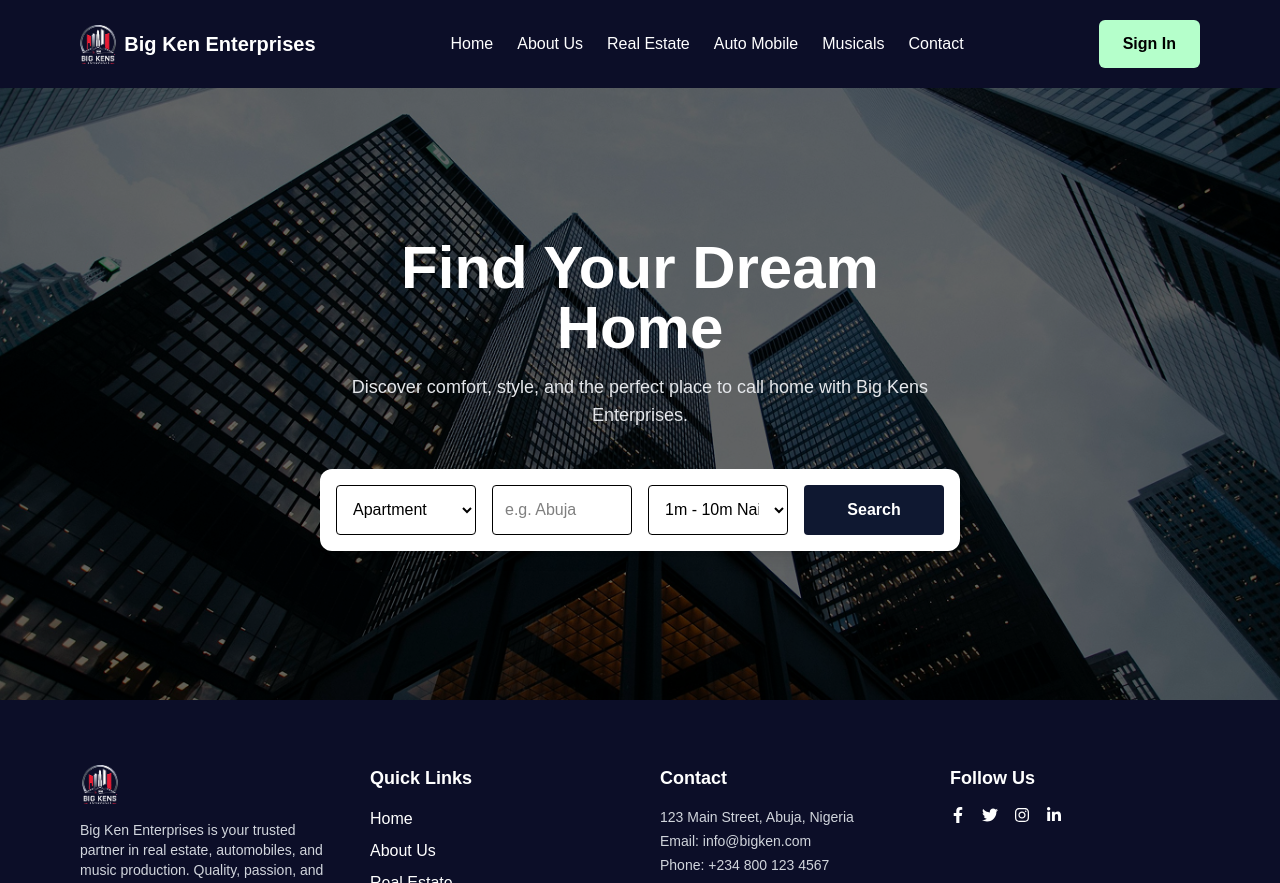
Repository: techvaro/Big-kens-realty-Frontend-react-
Page: /real-estate (app in big-kens-realty/)
An editor plug-in stored every save of this project. The page is shown before and after the next save, followed by the edit.
The browser window is 1280 px wide. The pictures show the part of the page from y = 0 to 883 px (the page is 1140 px tall before and 2309 px after).
Pictures or frames that could not be fetched are drawn as grey boxes. The project was rebuilt for these pictures with package versions that can differ from the ones it lists, and the page was loaded fresh each time. Also part of the build but not shown: big-kens-realty/vite.config.js, big-kens-realty/src/components/Home/hero.jsx, big-kens-realty/src/components/Home/Services.jsx, big-kens-realty/src/components/Home/Stats.jsx, big-kens-realty/src/components/Home/About.jsx, big-kens-realty/src/components/Home/FeaturedProperties.jsx, big-kens-realty/src/components/Home/AutoMobileSale.jsx, big-kens-realty/src/components/Home/RecentProductions.jsx and 7 more.

Above is the page before, as saved 2025-12-08 16:52:25.

### big-kens-realty/index.html
<!doctype html>
<html lang="en">
  <head>
    <meta charset="UTF-8" />
    <link rel="icon" type="image/svg+xml" href="/vite.svg" />
    <meta name="viewport" content="width=device-width, initial-scale=1.0" />
    <title>big-kens-realty</title>
  </head>
  <body>
    <div id="root"></div>
    <script type="module" src="/src/main.jsx"></script>
  </body>
</html>

### big-kens-realty/src/index.css
@import "tailwindcss";

body {
  margin: 0;
  font-family: Arial, sans-serif;
  background-color: #0c0e28;
  color: white;
}

section {
  padding: 60px 80px;
}

h1, h2, h3 {
  margin: 0 0 15px 0;
}

.btn {
  background: #b5ffcb;
  color: #000;
  padding: 12px 25px;
  border-radius: 5px;
  border: none;
  font-weight: bold;
  cursor: pointer;
}

.btn1{
  background: #b5ffcb;
  color: #000;
  height: 30px;
  width: 80px;
  border: none;
  font-weight: bold;
  cursor: pointer;
  border-radius: 5px;
}

.card {
  background: #1b1e49;
  padding: 15px;
  border-radius: 8px;
}

nav img {
  width: auto !important;
}

### big-kens-realty/src/router/AppRouter.jsx
import { BrowserRouter, Routes, Route } from "react-router-dom";
import Home from "../Pages/Home";
import About from "../Pages/About";
import RealEstate from "../Pages/realestate";

// Placeholder components for routes that don't exist yet
// const About = () => <div>About Page</div>;
const AutoMobile = () => <div>Auto Mobile Page</div>;
const Music = () => <div>Music Page</div>;
const Contact = () => <div>Contact Page</div>;

export default function AppRouter() {
  return (
    <BrowserRouter>
      <Routes>
        <Route path="/" element={<Home />} />
        <Route path="/about" element={<About />} />
        <Route path="/real-estate" element={<RealEstate />} />
        <Route path="/auto-mobile" element={<AutoMobile />} />
        <Route path="/music" element={<Music />} />
        <Route path="/contact" element={<Contact />} />
      </Routes>
    </BrowserRouter>
  );
}

### big-kens-realty/src/Pages/realestate.jsx
import Navbar from "../components/navbar/navbar";
import Hero from "../components/realestate/Hero";
import Footer from "../components/Footer/Footer";

export default function estate() {
  return (
    <>
      <Navbar />

      <Hero />

      <Footer />
    </>
  );
}

### big-kens-realty/src/components/Footer/Footer.jsx
import { FaFacebookF, FaTwitter, FaInstagram, FaLinkedinIn } from "react-icons/fa";
import logo from "../../assets/image/logo.png";

export default function Footer() {
  return (
    <footer className="bg-[#0c0e28] text-white py-16 px-5 md:px-20">

      {/* Top section */}
      <div className="grid grid-cols-1 sm:grid-cols-2 lg:grid-cols-4 gap-10">

        {/* Logo & description */}
        <div>
          <img src={logo} alt="Big Ken Enterprises Logo" className="h-10 w-10 object-contain" />
          <p className="mt-4 text-gray-300 text-sm">
            Big Ken Enterprises is your trusted partner in real estate, automobiles, and music production. Quality, passion, and innovation are our standard.
          </p>
        </div>

        {/* Quick Links */}
        <div>
          <h3 className="font-bold text-lg mb-3">Quick Links</h3>
          <ul className="space-y-2">
            <li><a href="/" className="hover:text-[#76ffa8] transition">Home</a></li>
            <li><a href="/about" className="hover:text-[#76ffa8] transition">About Us</a></li>
            <li><a href="/real-estate" className="hover:text-[#76ffa8] transition">Real Estate</a></li>
            <li><a href="/auto-mobile" className="hover:text-[#76ffa8] transition">Auto Mobile</a></li>
            <li><a href="/music" className="hover:text-[#76ffa8] transition">Music</a></li>
            <li><a href="/contact" className="hover:text-[#76ffa8] transition">Contact</a></li>
          </ul>
        </div>

        {/* Contact */}
        <div>
          <h3 className="font-bold text-lg mb-3">Contact</h3>
          <p className="text-gray-300 text-sm">123 Main Street, Abuja, Nigeria</p>
          <p className="text-gray-300 text-sm mt-1">Email: info@bigken.com</p>
          <p className="text-gray-300 text-sm mt-1">Phone: +234 800 123 4567</p>
        </div>

        {/* Social Media */}
        <div>
          <h3 className="font-bold text-lg mb-3">Follow Us</h3>
          <div className="flex gap-4">
            <a href="#" className="text-white hover:text-[#76ffa8] transition"><FaFacebookF /></a>
            <a href="#" className="text-white hover:text-[#76ffa8] transition"><FaTwitter /></a>
            <a href="#" className="text-white hover:text-[#76ffa8] transition"><FaInstagram /></a>
            <a href="#" className="text-white hover:text-[#76ffa8] transition"><FaLinkedinIn /></a>
          </div>
        </div>
      </div>

      {/* Divider */}
      <hr className="my-8 border-gray-700" />

      {/* Bottom section */}
      <p className="text-center text-gray-400 text-sm">
        &copy; {new Date().getFullYear()} Big Ken Enterprises. All rights reserved.
      </p>
    </footer>
  );
}

### big-kens-realty/src/components/navbar/navbar.jsx
import { Link } from "react-router-dom";
import { useState } from "react";
import logo from "../../assets/image/logo.png";
import {
    Bars3Icon,
    HomeIcon,
    InformationCircleIcon,
    BuildingOfficeIcon,
    WrenchIcon,
    MusicalNoteIcon,
    PhoneIcon,
    XMarkIcon,
} from "@heroicons/react/24/outline";

export default function Navbar() {
  const [isMobileMenuOpen, setIsMobileMenuOpen] = useState(false);

  return (
    <div className="w-full relative">

        <nav className="hidden lg:flex items-center justify-between px-20 py-5 bg-[#0c0e28] sticky top-0 z-50">
            <span className="inline-flex items-center justify-left gap-2">
                <img src={logo} className="h-[40px] w-[40px] object-contain" alt="Big Ken Enterprises Logo" />
                <span className="text-xl font-bold text-white whitespace-nowrap">Big Ken Enterprises</span>
            </span>

            <div className="flex gap-6">
                <Link to="/" className="text-white hover:text-gray-300 transition">
                    Home
                </Link>

                <Link to="/about" className="text-white hover:text-gray-300 transition">
                    About Us
                </Link>

                <Link
                to="/real-estate"
                className="text-white hover:text-gray-300 transition"
                >
                Real Estate
                </Link>

                <Link
                to="/auto-mobile"
                className="text-white hover:text-gray-300 transition"
                >
                Auto Mobile
                </Link>

                <Link to="/music" className="text-white hover:text-gray-300 transition">
                Musicals
                </Link>

                <Link to="/contact" className="text-white hover:text-gray-300 transition">
                Contact
                </Link>
            </div>

            <button className="bg-[#b5ffcb] text-black px-6 py-3 rounded-md font-bold hover:bg-[#9ae6af] transition">
                Sign In
            </button>
        </nav>

        <nav className="flex lg:hidden items-center justify-between px-10 py-5 bg-[#0c0e28] sticky top-0 z-50">
            <span className="flex items-center justify-center gap-5">
                <img src={logo} className="h-[40px] w-[40px] object-contain" alt="Big Ken Enterprises Logo" />
                <span className="text-1xl font-bold text-white whitespace-normal">Big Ken Enterprises</span>
            </span>

            <span className="flex items-center justify-between gap-5">

                {/* Menu Icon */}
                <button
                  className="text-white"
                  onClick={() => setIsMobileMenuOpen(!isMobileMenuOpen)}
                >
                  {isMobileMenuOpen ? (
                    <XMarkIcon className="h-8 w-8 text-white cursor-pointer" />
                  ) : (
                    <Bars3Icon className="h-8 w-8 text-white cursor-pointer" />
                  )}
                </button>
            </span>
        </nav>

        {/* Mobile Menu */}
        <div
          className={`fixed top-16 left-0 w-full bg-[#0c0e28] z-40 transition-all duration-300 ease-in-out lg:hidden ${
            isMobileMenuOpen
              ? 'opacity-100 translate-y-0 pointer-events-auto'
              : 'opacity-0 -translate-y-10 pointer-events-none'
          }`}
        >
          <div className="flex flex-col items-center justify-center gap-5 p-5">
            <Link
              to="/"
              className="flex items-center gap-2 text-white hover:text-gray-300 transition w-full py-2 justify-center"
              onClick={() => setIsMobileMenuOpen(false)}
            >
              <HomeIcon className="h-5 w-5 text-white" /> Home
            </Link>

            <Link
              to="/about"
              className="flex items-center gap-2 text-white hover:text-gray-300 transition w-full py-2 justify-center"
              onClick={() => setIsMobileMenuOpen(false)}
            >
              <InformationCircleIcon className="h-5 w-5 text-white" /> About Us
            </Link>

            <Link
              to="/real-estate"
              className="flex items-center gap-2 text-white hover:text-gray-300 transition w-full py-2 justify-center"
              onClick={() => setIsMobileMenuOpen(false)}
            >
              <BuildingOfficeIcon className="h-5 w-5 text-white" /> Real Estate
            </Link>

            <Link
              to="/auto-mobile"
              className="flex items-center gap-2 text-white hover:text-gray-300 transition w-full py-2 justify-center"
              onClick={() => setIsMobileMenuOpen(false)}
            >
              <WrenchIcon className="h-5 w-5 text-white" /> Auto Mobile
            </Link>

            <Link
              to="/music"
              className="flex items-center gap-2 text-white hover:text-gray-300 transition w-full py-2 justify-center"
              onClick={() => setIsMobileMenuOpen(false)}
            >
              <MusicalNoteIcon className="h-5 w-5 text-white" /> Musicals
            </Link>

            <Link
              to="/contact"
              className="flex items-center gap-2 text-white hover:text-gray-300 transition w-full py-2 justify-center"
              onClick={() => setIsMobileMenuOpen(false)}
            >
              <PhoneIcon className="h-5 w-5 text-white" /> Contact
            </Link>
            <button className="bg-[#b5ffcb] text-black px-6 py-3 rounded-md font-bold hover:bg-[#9ae6af] transition w-full">
                Sign In
            </button>
          </div>
        </div>

    </div>

  );
}

### big-kens-realty/src/components/realestate/Hero.jsx
import React from "react";
import bg from "../../assets/estate/bg.png";

export default function HeroSection() {
  return (
    <section
      className="relative w-full h-[85vh] flex items-center justify-center text-center text-white bg-cover bg-center"
      style={{
        backgroundImage: `url(${bg})`, // Replace with your own image
      }}
    >
      {/* Overlay */}
      <div className="absolute inset-0 bg-black/60"></div>

      <div className="relative z-10 max-w-2xl mx-auto px-4">
        <h1 className="text-5xl md:text-6xl font-bold mb-4">
          Find Your Dream Home
        </h1>

        <p className="text-lg text-gray-200 mb-10">
          Discover comfort, style, and the perfect place to call home with Big
          Kens Enterprises.
        </p>

        {/* Search Bar */}
        <div className="w-full bg-white p-4 rounded-xl shadow-lg grid md:grid-cols-4 gap-4 text-black">
          <select className="p-3 rounded border outline-none">
            <option>Apartment</option>
            <option>Duplex</option>
            <option>Bungalow</option>
          </select>

          <input
            type="text"
            placeholder="e.g. Abuja"
            className="p-3 rounded border outline-none"
          />

          <select className="p-3 rounded border outline-none">
            <option>1m - 10m Naira</option>
            <option>10m - 20m Naira</option>
            <option>20m+ Naira</option>
          </select>

          <button className="bg-[#0F1831] text-white font-bold rounded p-3">
            Search
          </button>
        </div>
      </div>
    </section>
  );
}

### big-kens-realty/src/components/realestate/Listings.jsx
export default function FeaturedListings() {
  const properties = [
    {
      title: "Modern Family Home",
      price: "₦ 2.3M",
      image: "/house1.jpg",
    },
    {
      title: "Luxury Villa",
      price: "₦ 5.8M",
      image: "/house2.jpg",
    },
    {
      title: "Cozy Apartment",
      price: "₦ 1.2M",
      image: "/house3.jpg",
    },
    {
      title: "Urban Studio",
      price: "₦ 950K",
      image: "/house4.jpg",
    },
    {
      title: "Elegant Duplex",
      price: "₦ 3.7M",
      image: "/house5.jpg",
    },
    {
      title: "Spacious Bungalow",
      price: "₦ 2.9M",
      image: "/house6.jpg",
    },
  ];

  return (
    <section className="py-20 bg-[#0F1831] text-white px-6 md:px-20">
      <h2 className="text-3xl font-bold text-center mb-4">Featured Listings</h2>
      <p className="text-gray-300 text-center mb-12">
        Explore our handpicked selection of the finest properties available.
      </p>

      <div className="grid md:grid-cols-3 gap-10">
        {properties.map((item, index) => (
          <div
            key={index}
            className="bg-[#C8FFD4] text-black rounded-xl overflow-hidden shadow-md"
          >
            <img
              src={item.image}
              alt={item.title}
              className="w-full h-60 object-cover"
            />

            <div className="p-6">
              <h3 className="font-bold text-xl mb-2">{item.title}</h3>
              <p className="text-gray-700 mb-4">
                A stylish, comfortable space with open layouts, natural light,
                and modern features for everyday living.
              </p>

              <div className="flex items-center justify-between">
                <span className="font-bold">{item.price}</span>
                <button className="font-bold text-[#0F1831]">View Details</button>
              </div>
            </div>
          </div>
        ))}
      </div>
    </section>
  );
}

Loaded but not shown: big-kens-realty/src/main.jsx (common file); big-kens-realty/src/App.jsx (common file)

After the next save:
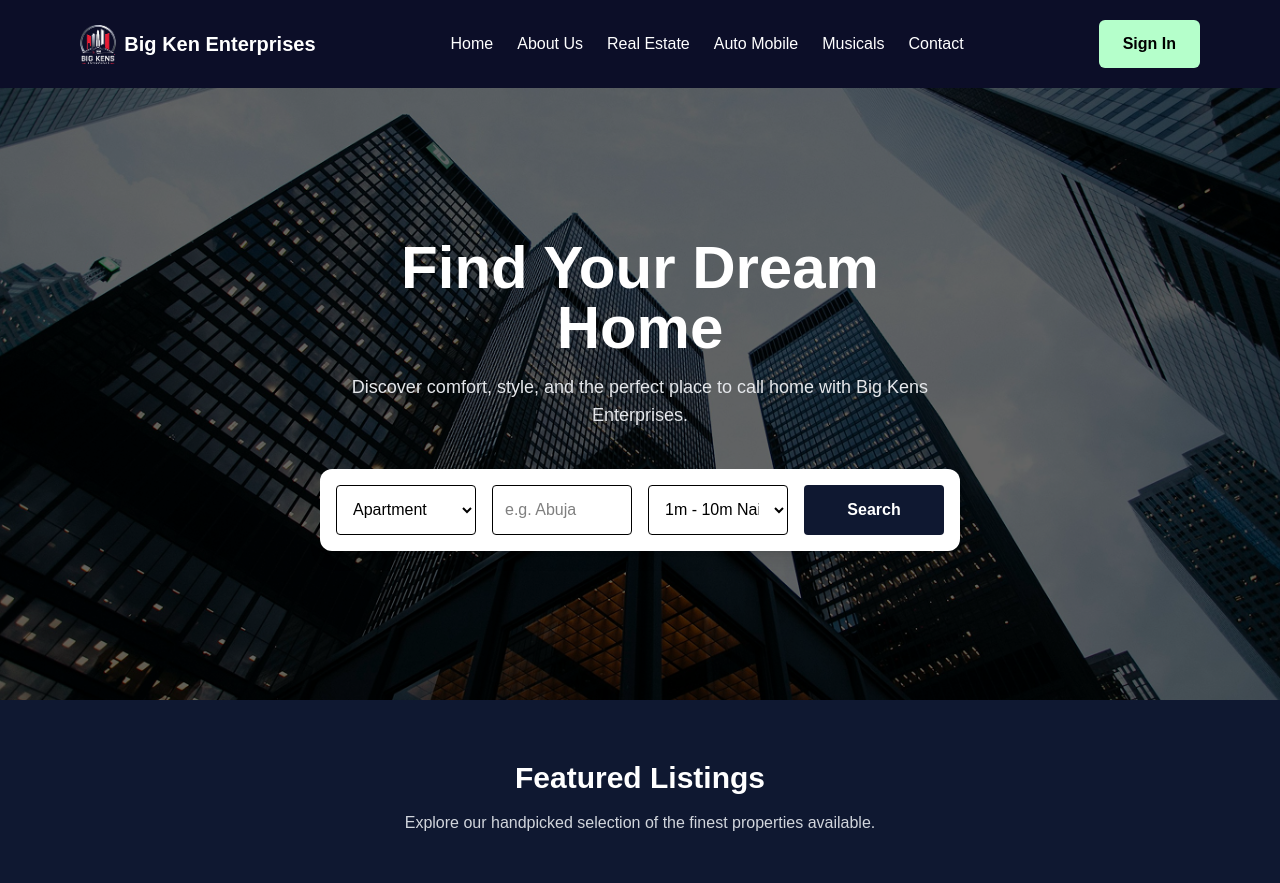
Saved 36 s later.
--- a/big-kens-realty/src/Pages/realestate.jsx
+++ b/big-kens-realty/src/Pages/realestate.jsx
@@ -1,5 +1,6 @@
 import Navbar from "../components/navbar/navbar";
 import Hero from "../components/realestate/Hero";
+import Listings from "../components/realestate/Listings";
 import Footer from "../components/Footer/Footer";
 
 export default function estate() {
@@ -9,6 +10,8 @@ export default function estate() {
 
       <Hero />
 
+      <Listings />
+
       <Footer />
     </>
   );
